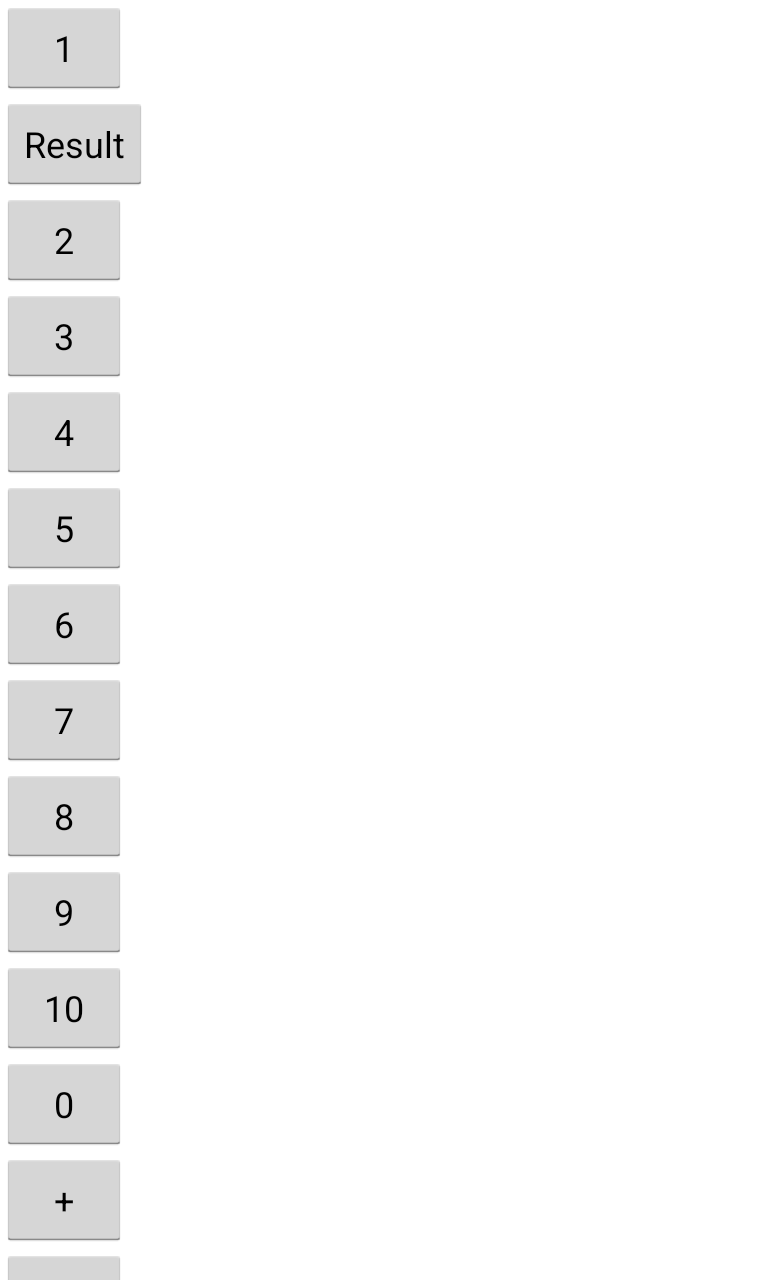
Repository: skrish87/RandomStuffs
Layout: Sample/res/layout/main.xml
The author's editor kept a copy of each file at every save. The layout is drawn from the files as they stood at one save, then again after the next save.
It is drawn on a 768 x 1280 px phone screen (xhdpi) without system bars, with theme AppTheme; the app's code is not run.

Above is the layout before, as saved 2014-11-07 08:32:23.

### Sample/res/layout/main.xml
<?xml version="1.0" encoding="utf-8"?>
<LinearLayout xmlns:android="http://schemas.android.com/apk/res/android"
    android:layout_width="match_parent"
    android:layout_height="match_parent"
    android:orientation="vertical" >

    <EditText android:id="@+id/edit_message"
        android:layout_width="wrap_content"
        android:layout_height="0dp"
        android:layout_weight="1"
        android:hint="@string/edit_message" />

    <Button
        android:id="@+id/b1"
        android:layout_width="wrap_content"
        android:layout_height="wrap_content"
        android:onClick="sendMessage"
        android:text="@string/button_one" />

    <Button
        android:layout_width="wrap_content"
        android:layout_height="wrap_content"
        android:text="@string/button_result"
        android:onClick="sendMessage"
        android:id = "@+id/bResult" />

    <Button
        android:layout_width="wrap_content"
        android:layout_height="wrap_content"
        android:text="@string/button_two"
        android:onClick="sendMessage"
        android:id = "@+id/b2" />

    <Button
        android:layout_width="wrap_content"
        android:layout_height="wrap_content"
        android:text="@string/button_three"
        android:onClick="sendMessage"
        android:id = "@+id/b3" />

    <Button
        android:layout_width="wrap_content"
        android:layout_height="wrap_content"
        android:text="@string/button_four"
        android:onClick="sendMessage"
        android:id = "@+id/b4" />

    <Button
        android:layout_width="wrap_content"
        android:layout_height="wrap_content"
        android:text="@string/button_five"
        android:onClick="sendMessage"
        android:id = "@+id/b5" />

    <Button
        android:layout_width="wrap_content"
        android:layout_height="wrap_content"
        android:text="@string/button_six"
        android:onClick="sendMessage"
        android:id = "@+id/b6" />

    <Button
        android:layout_width="wrap_content"
        android:layout_height="wrap_content"
        android:text="@string/button_seven"
        android:onClick="sendMessage"
        android:id = "@+id/b7" />

    <Button
        android:layout_width="wrap_content"
        android:layout_height="wrap_content"
        android:text="@string/button_eight"
        android:onClick="sendMessage"
        android:id = "@+id/b8" />

    <Button
        android:layout_width="wrap_content"
        android:layout_height="wrap_content"
        android:text="@string/button_nine"
        android:onClick="sendMessage"
        android:id = "@+id/b9" />

    <Button
        android:layout_width="wrap_content"
        android:layout_height="wrap_content"
        android:text="@string/button_ten"
        android:onClick="sendMessage"
        android:id = "@+id/b10" />

    <Button
        android:layout_width="wrap_content"
        android:layout_height="wrap_content"
        android:text="@string/button_zero"
        android:onClick="sendMessage"
        android:id = "@+id/b0" />

    <Button
        android:layout_width="wrap_content"
        android:layout_height="wrap_content"
        android:text="@string/button_add"
        android:onClick="sendMessage"
        android:id = "@+id/bPlus" />

    <Button
        android:layout_width="wrap_content"
        android:layout_height="wrap_content"
        android:text="@string/button_subtract"
        android:onClick="sendMessage"
        android:id = "@+id/bMinus" />

    <Button
        android:layout_width="wrap_content"
        android:layout_height="wrap_content"
        android:text="@string/button_multiply"
        android:onClick="sendMessage"
        android:id = "@+id/bMultiply" />

    <Button
        android:layout_width="wrap_content"
        android:layout_height="wrap_content"
        android:text="@string/button_divide"
        android:onClick="sendMessage"
        android:id = "@+id/bDivide" />

</LinearLayout>

### Sample/res/values/strings.xml
<resources>

    <string name="app_name">Sample</string>
	<string name="edit_message"></string>
    <string name="button_result">Result</string>
    <string name="button_one">1</string>
    <string name="button_two">2</string>
    <string name="button_three">3</string>
    <string name="button_four">4</string>
    <string name="button_five">5</string>
    <string name="button_six">6</string>
    <string name="button_seven">7</string>
    <string name="button_eight">8</string>
    <string name="button_nine">9</string>
    <string name="button_ten">10</string>
    <string name="button_zero">0</string>
    <string name="button_add">+</string>
    <string name="button_subtract">-</string>
    <string name="button_multiply">*</string>
    <string name="button_divide">/</string>
    <string name="title_activity_main">MainActivity</string>

</resources>

Loaded but not shown: Sample/res/values/styles.xml (common file); Sample/res/values-v11/styles.xml (common file); Sample/res/values-v14/styles.xml (common file)

After the next save:
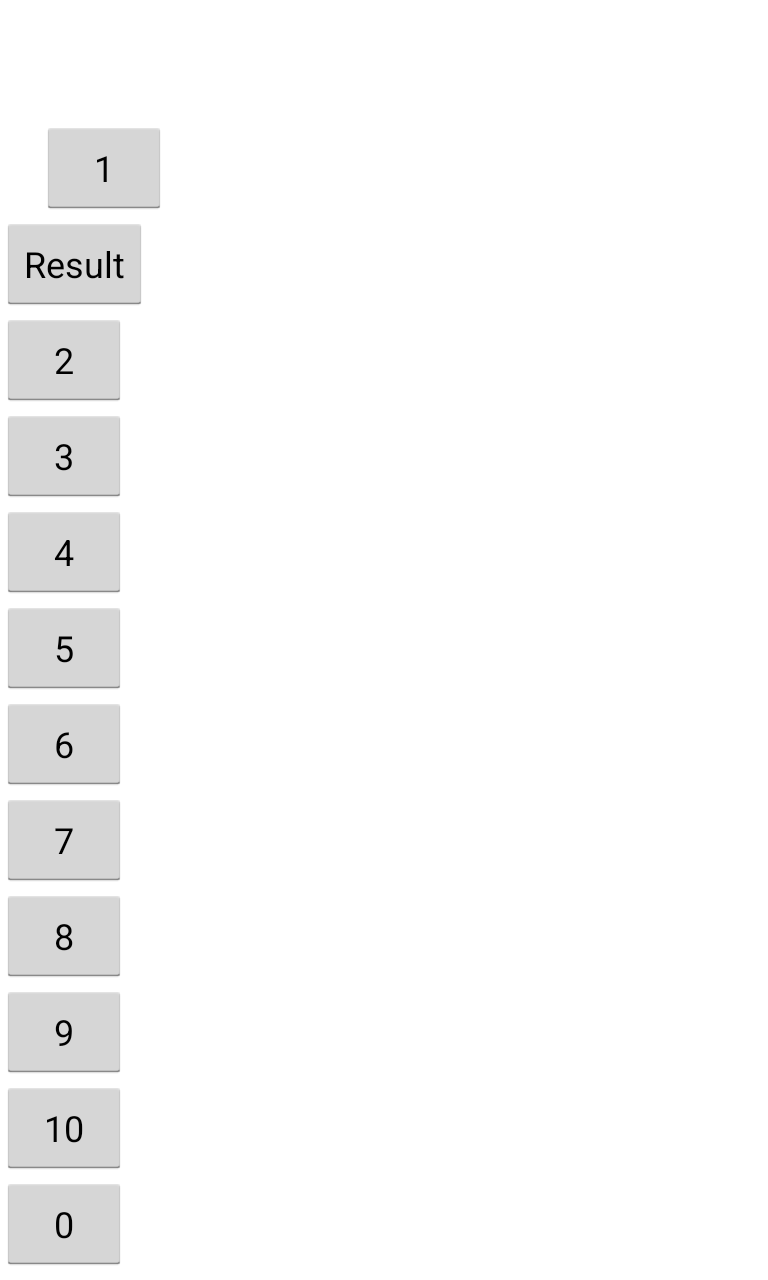
Saved 7 min 50 s later.
--- a/Sample/res/layout/main.xml
+++ b/Sample/res/layout/main.xml
@@ -14,6 +14,8 @@
         android:id="@+id/b1"
         android:layout_width="wrap_content"
         android:layout_height="wrap_content"
+        android:layout_marginLeft="20dp"
+        android:layout_marginTop="60dp"
         android:onClick="sendMessage"
         android:text="@string/button_one" />
 
